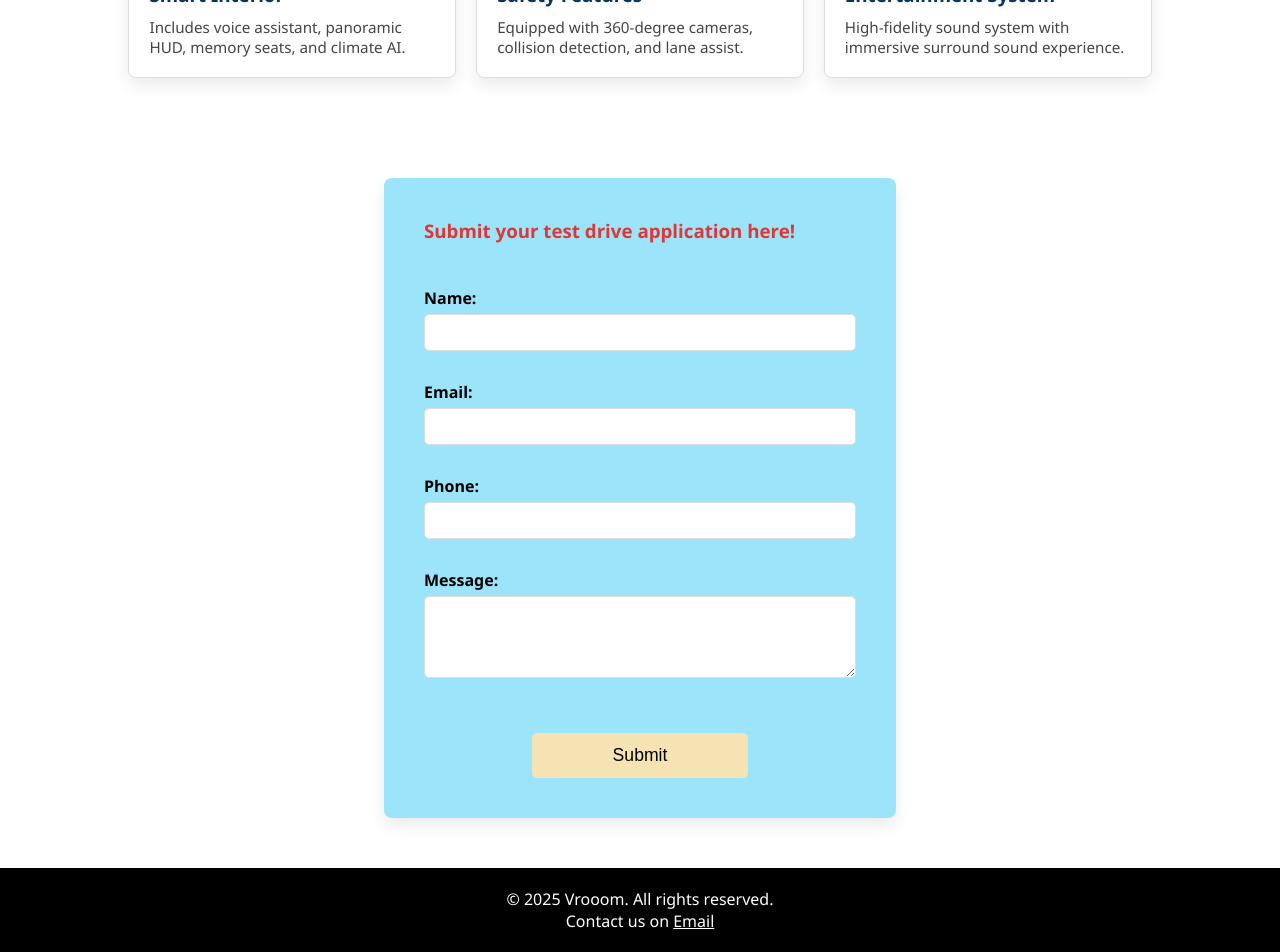
Repository: JiaheSu22/vrooom-responsive-main
Page: index.html
The author's editor kept a copy of each file at every save. The page is drawn from the files as they stood at one save, then again after the next save.
The browser window is 1280 px wide. The pictures show the part of the page from y = 940 to 1892 px (the page is 1892 px tall).
A picture or video elsewhere on the page could not be fetched, so the positions and the page height are approximate.

Above is the page before, as saved 2025-04-11 15:33:10.

### index.html
<!DOCTYPE html>
<html lang="en">

<head>
  <meta charset="UTF-8">
  <title>Vrooom — Barracuda X10</title>
  <style>
    * {
      box-sizing: border-box;
      margin: 0;
      padding: 0;
    }

    body {
      font-family: 'Segoe UI', sans-serif;
      background-color: #f9f9f9;
      color: #222;
    }

    /* HERO SECTION */
    .hero {
      position: relative;
      height: 100vh;
      width: 100%;
      background-image: url('assets/mercedes-vision-avtr.webp');
      background-repeat: no-repeat;
      background-size: cover;
      background-position: center;
      overflow: hidden;
    }

    /* Optional dark overlay for unifying text+video contrast */
    .hero::before {
      content: "";
      position: absolute;
      inset: 0;
      background: linear-gradient(to right, rgba(0, 0, 0, 0.7), rgba(0, 0, 0, 0.1));
      z-index: 0;
    }

    /* Logo - slightly rotated, floating */
    .hero-logo {
      position: absolute;
      left: 2px;
      width: 30%;
      transform: rotate(-8deg);
      z-index: 0;
    }

    .hero-logo img {
      width: 100%;
    }

    /* Rotated text box */
    .hero-text {
      position: absolute;
      bottom: 3%;
      left: 5%;
      background: rgba(255, 255, 255, 0.1);
      padding: 30px;
      border-left: 6px solid #f6e3b4;
      border-radius: 10px;
      backdrop-filter: blur(1px);
      z-index: 0;

    }

    .hero-text h1 {
      font-size: 3em;
      color: #a0fcf7;
      margin-bottom: 10px;
    }

    .hero-text p {
      font-size: 1.2em;
      color: #fff;
    }

    /* Tilted video box */
    .hero-video {
      position: absolute;
      top: auto;
      bottom: 20px;
      right: 20px;
      box-shadow: 0 10px 20px rgba(0, 0, 0, 0.6);
      z-index: 0;
      border-radius: 5px;
      overflow: hidden;
      transition: transform 0.3s ease;
    }

    .hero-video:hover {
      transform: scale(1.3);
    }

    .hero-video video {
      width: 100%;
      display: block;
      border-radius: 2px;
    }

    /* CARD SECTION */
    .card-section {
      display: flex;
      flex-wrap: wrap;
      justify-content: center;
      gap: 20px;
      padding: 50px 10%;
      background-color: #ffffff;
    }

    .top-card {
      background: rgb(248, 240, 194);
      border: 1px solid #f97705;
      border-radius: 8px;
      box-shadow: 0 8px 16px rgba(0, 0, 0, 0.08);
      padding: 20px;
      width: 32%;
      transition: transform 0.3s ease;
    }

    .card {
      background: white;
      border: 1px solid #ddd;
      border-radius: 8px;
      box-shadow: 0 8px 16px rgba(0, 0, 0, 0.08);
      width: 32%;
      padding: 20px;
      transition: transform 0.3s ease;
    }

    .top-card:hover {
      transform: translateY(10px);
      box-shadow: 0 12px 24px rgba(101, 247, 205, 0.1);
    }

    .card:hover {
      transform: translateY(-5px);
      box-shadow: 0 12px 24px rgba(0, 0, 0, 0.1);
    }

    .card h3 {
      margin-bottom: 10px;
      color: #003566;
    }

    .card p {
      font-size: 0.95em;
      color: #444;
    }

    .form-section {
      display: flex;
      flex-direction: column;
      background: #ffffff;
      padding: 50px 10%;

    }

    .form-section form {
      display: flex;
      flex-direction: column;
      background: rgb(155, 228, 250);
      border-radius: 8px;
      box-shadow: 0 8px 16px rgba(0, 0, 0, 0.08);
      width: 50%;
      padding: 40px;
      margin: auto;
    }

    .form-section label {
      display: flex;
      font-weight: bold;
      margin-bottom: 5px;
      color: #000000;
    }

    .form-section input,
    textarea {
      width: 100%;
      padding: 10px;
      border: 1px solid #ddd;
      border-radius: 5px;
      margin-bottom: 15px;
    }

    .form-section .form {
      margin-bottom: 15px;
    }

    .form-section button {
      margin: auto;
      background: #f6e3b4;
      color: #000000;
      border: none;
      padding: 12px 25px;
      border-radius: 5px;
      cursor: pointer;
      font-size: 1.1em;
      width: 50%;
      margin-top: 20px;
      transition: background 0.3s ease;
    }

    .form-section button:hover {
      background: #f97705;
      color: #fff;
    }

    .footer {
      background: #000000;
      padding: 20px;
      text-align: center;
      color: #ffffff;
    }

    .footer a {
      color: #ffffff;
      transition: background 0.3s ease;
    }

    .footer a:hover {
      color: #f6e3b4;
    }

    /* Responsive Adjustments */
    @media (max-width: 768px) {
      .hero-text {
        position: static;
        margin: 20px auto;
        background: rgba(0, 0, 0, 0.7);
        text-align: center;
      }

      .hero-video {
        position: static;
        width: 90%;
        margin: 20px auto;
      }

      .card-section {

        align-items: center;
        padding: 30px 5%;
      }
    }
  </style>
</head>

<body>

  <!-- HERO SECTION -->
  <section class="hero">

    <!-- Logo -->
    <div class="hero-logo">
      <img src="assets/logo-enh.png" alt="Vrooom Logo">
    </div>

    <!-- Text -->
    <div class="hero-text">
      <h1>Mercedes Vision AVTR</h1>
      <p>A marriage between art and science.</p>
    </div>

    <!-- Video -->
    <div class="hero-video">
      <video autoplay loop muted>
        <source src="assets/avtr-demo.mp4" type="video/mp4">
        Your browser does not support the video tag.
      </video>
    </div>

  </section>

  <!-- CARD SECTION -->
  <section class="card-section">
    <div class="top-card">
      <h3>Top Speed</h3>
      <p>Reaches up to 220mph on open track with aerodynamic support.</p>
    </div>
    <div class="top-card">
      <h3>Acceleration</h3>
      <p>0 to 60mph in just 3.0 seconds. The surge you feel is real.</p>
    </div>
    <div class="top-card">
      <h3>Eco Mode</h3>
      <p>Fuel-efficient and clean in city mode — go fast and green.</p>
    </div>
    <div class="card">
      <h3>Smart Interior</h3>
      <p>Includes voice assistant, panoramic HUD, memory seats, and climate AI.</p>
    </div>
    <div class="card">
      <h3>Safety Features</h3>
      <p>Equipped with 360-degree cameras, collision detection, and lane assist.</p>
    </div>
    <div class="card">
      <h3>Entertainment System</h3>
      <p>High-fidelity sound system with immersive surround sound experience.</p>
    </div>
  </section>

  <section class="form-section">
    <form action="">
      <h3 style="color: rgb(223, 55, 55);">Submit your test drive application here!</h3> <br><br>
      <div class="form">
        <label for="name">Name:</label>
        <input type="text" id="name" name="name" required>
      </div>
      <div class="form">
        <label for="email">Email:</label>
        <input type="email" id="email" name="email" required>
      </div>
      <div class="form">
        <label for="phone">Phone:</label>
        <input type="tel" id="phone" name="phone" required>
      </div>
      <div class="form">
        <label for="message">Message:</label>
        <textarea id="message" name="message" rows="4" required></textarea>
      </div>
      <button type="submit">Submit</button>
    </form>
  </section>

  <section class="footer">
    <footer>
      <div class="footer-content">
        <p>&copy; 2025 Vrooom. All rights reserved.</p>
        <p>Contact us on <a href="mailto:contect@vroom.com">Email</a>
      </div>
    </footer>
  </section>
</body>

</html>

After the next save:
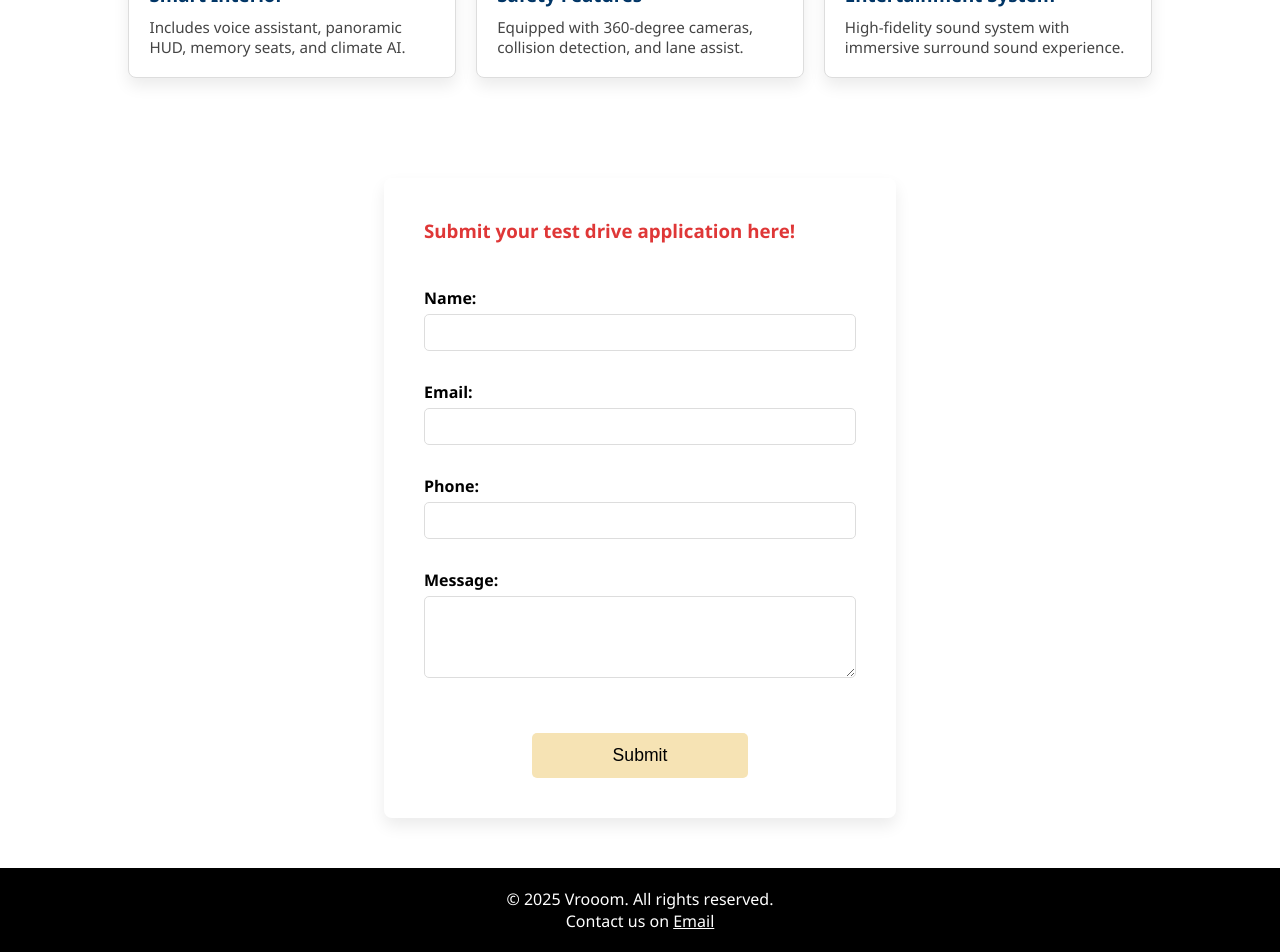
Saved 12 s later.
--- a/index.html
+++ b/index.html
@@ -160,7 +160,6 @@
     .form-section form {
       display: flex;
       flex-direction: column;
-      background: rgb(155, 228, 250);
       border-radius: 8px;
       box-shadow: 0 8px 16px rgba(0, 0, 0, 0.08);
       width: 50%;
